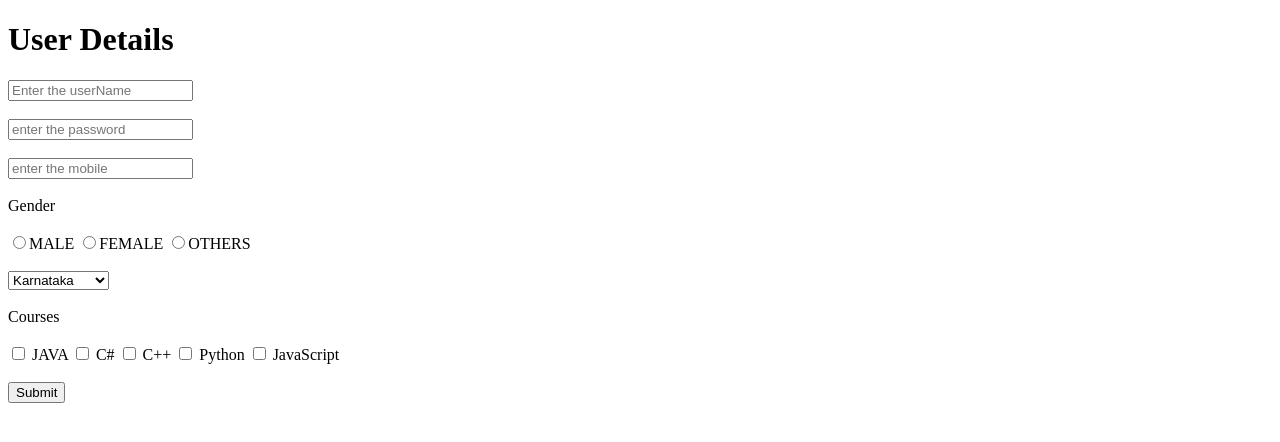
Repository: Nitin-Kalshetty/Training_Java
Page: http://localhost/usertaglibrary/controller.do
An editor plug-in stored every save of this project. The page is shown before and after a run of saves, followed by the edit.
The browser window is 1280 px wide. The pictures show the whole page.
The page is served by Tomcat 9.

Above is the page before, as saved 2023-05-29 04:36:47.

After the next 2 saves:
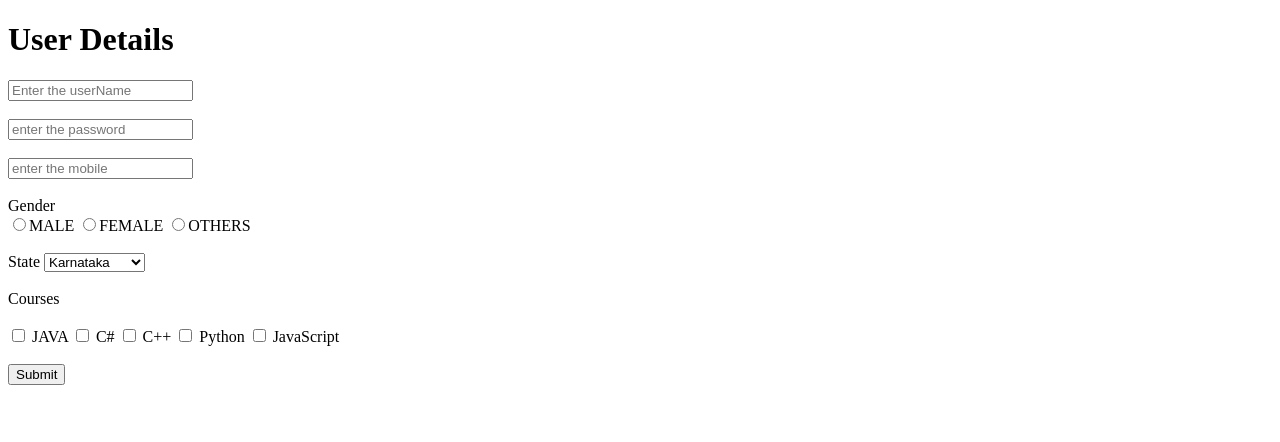
The 2 saves are shown as one change because they came seconds apart.
The last was saved 4 min 22 s later.
--- a/usertaglibrary/src/main/webapp/register.jsp
+++ b/usertaglibrary/src/main/webapp/register.jsp
@@ -23,15 +23,14 @@
 <br>
 <label for="gender" >Gender</label>
 <br>
-<br>
 <input type="radio" name="gender" value="male" />MALE
 <input type="radio" name="gender" value="female" />FEMALE
 <input type="radio" name="gender" value="others" />OTHERS
 <br>
 <br>
 
-
-<select name="selectstate" >State
+<label for="selectstate">State</label>
+<select name="selectstate" >
 <c:forEach items="${requestScope.allstates}"  var="state">
 <option  value="${state}">${state}</option>
 </c:forEach>
